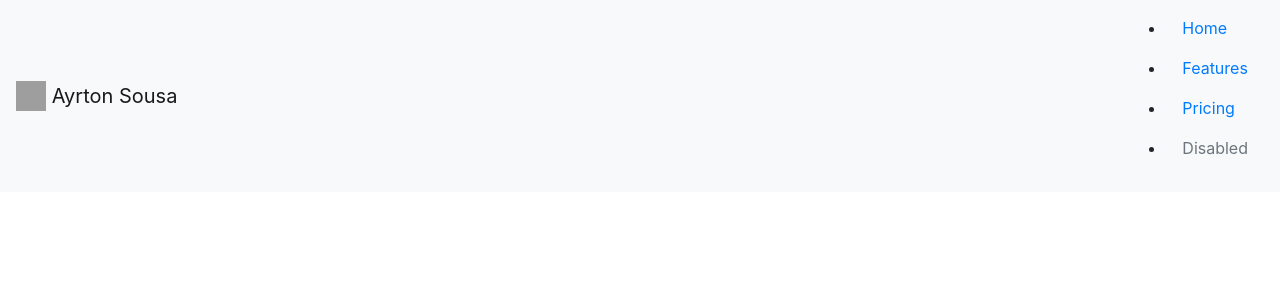
Repository: AyrtonSM/ayrtonsm.github.io
Page: website/index.html
These files come from the project's save history. The page is drawn as it stood at one moment and after the next save; the edit follows.
The browser window is 1280 px wide. The pictures show the whole page.
Pictures or frames that could not be fetched are drawn as grey boxes. Some web libraries are served in a nearby version.

Above is the page before, as saved 2019-07-23 09:03:20.

After the next save:
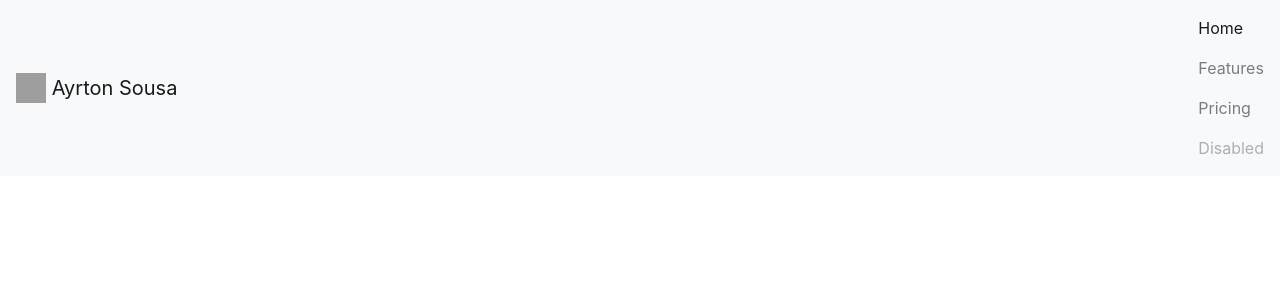
Saved 6 s later.
--- a/website/index.html
+++ b/website/index.html
@@ -17,7 +17,7 @@
             <img src="/docs/4.0/assets/brand/bootstrap-solid.svg" width="30" height="30" class="d-inline-block align-top" alt="">
             Ayrton Sousa
         </a>
-        <ul class="">
+        <ul class="navbar-nav">
                 <li class="nav-item active">
                     <a class="nav-link" href="#">Home <span class="sr-only">(current)</span></a>
                 </li>
